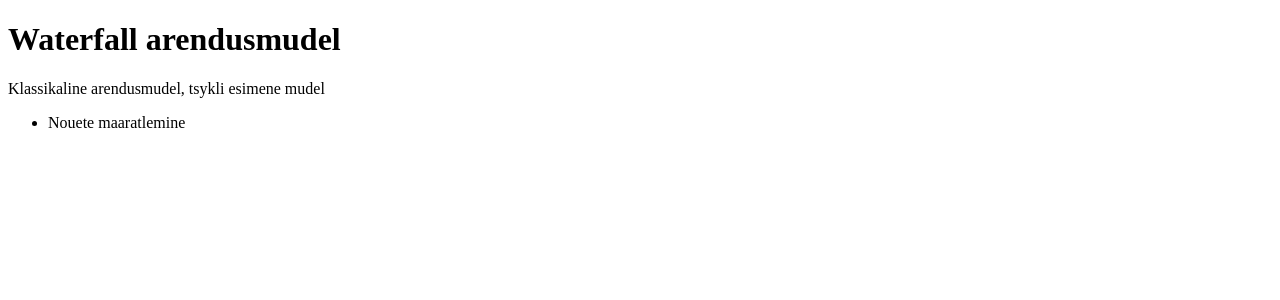
Repository: annemariv/Targe24
Page: elutsykkel/waterfall.html
The author's editor kept a copy of each file at every save. The page is drawn from the files as they stood at one save, then again after the next save.
The browser window is 1280 px wide. The pictures show the whole page.

Above is the page before, as saved 2024-11-06 18:39:48.

### elutsykkel/waterfall.html
<!DOCTYPE html>
<html lang="en">
<head>
    <meta charset="UTF-8">
    <meta name="viewport" content="width=device-width, initial-scale=1.0">
    <title>Waterfall arendusmudel</title>
</head>
<body>
    <p>
        <!--pealkiri-->
        <!--kirjeldus oma sonadega-->
        <!--etappide tapsem kirjeldus-->
        <!--visuaalne joonis-->
        <!--tabel, mis loetleb head ja vead ()-->
    </p>
    <h1>Waterfall arendusmudel</h1>
    <p>Klassikaline arendusmudel, tsykli esimene mudel</p>
    <ul>
        <li>
            <p>Nouete maaratlemine</p>
        </li>
    </ul>
</body>
</html>

After the next save:
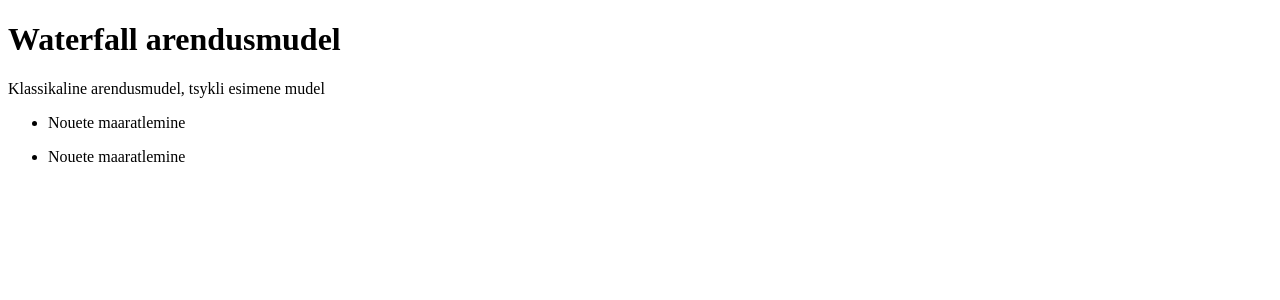
Saved 89 s later.
--- a/elutsykkel/waterfall.html
+++ b/elutsykkel/waterfall.html
@@ -19,6 +19,9 @@
         <li>
             <p>Nouete maaratlemine</p>
         </li>
+        <li>
+            <p>Nouete maaratlemine</p>
+        </li>
     </ul>
 </body>
 </html>
